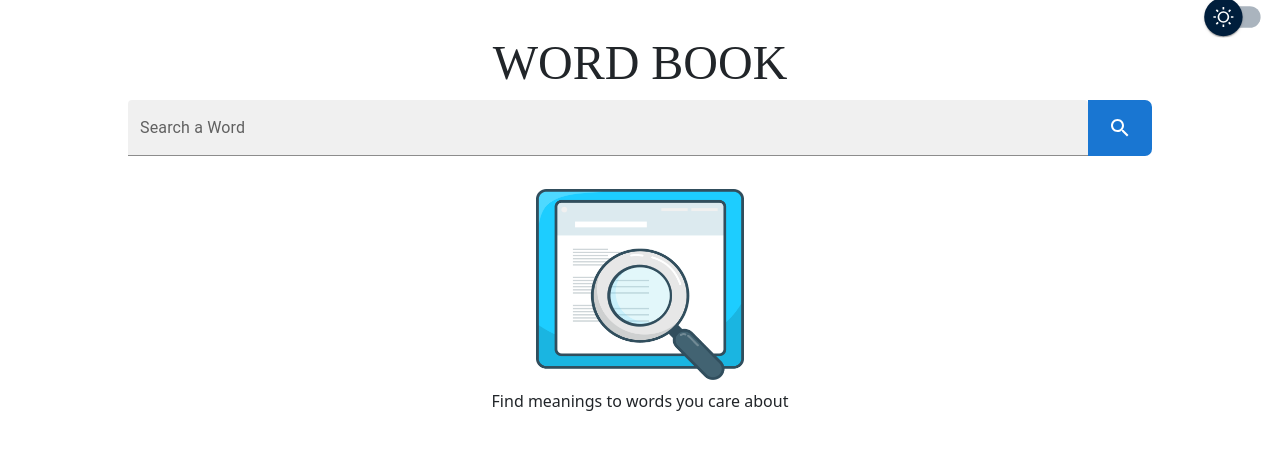
Repository: marveldev/my-dictionary
Page: /
These files come from the project's save history. The page is drawn as it stood at one moment and after the next save; the edit follows.
The browser window is 1280 px wide. The pictures show the whole page.
The project was rebuilt for these pictures with package versions that can differ from the ones it lists, and the page was loaded fresh each time. Also part of the build but not shown: src/components/themeSwitcher/MUISwitch.jsx.

Above is the page before, as saved 2022-05-29 18:15:13.

### public/index.html
<!DOCTYPE html>
<html lang="en">
  <head>
    <meta charset="utf-8" />
    <meta name="viewport" content="width=device-width, initial-scale=1" />
    <meta name="theme-color" content="#000000" />
    <meta name="description" content="Web site created using create-react-app" />
    <link
      href="https://cdn.jsdelivr.net/npm/bootstrap@5.1.3/dist/css/bootstrap.min.css"
      rel="stylesheet"
      integrity="sha384-1BmE4kWBq78iYhFldvKuhfTAU6auU8tT94WrHftjDbrCEXSU1oBoqyl2QvZ6jIW3"
      crossorigin="anonymous"
    />
    <link rel="apple-touch-icon" href="./icon-192x192.png" />
    <link rel="icon" href="./icon-192x192.png" />
    <link rel="manifest" href="./manifest.json" />
    <title>My Dictionary</title>
  </head>
  <body>
    <noscript>You need to enable JavaScript to run this app.</noscript>
    <div id="root"></div>
  </body>
</html>

### src/index.js
import React from 'react'
import ReactDOM from 'react-dom'
import App from './App'
import swDev from './swDev'
import './index.css'

ReactDOM.render(
  <React.StrictMode>
    <App />
  </React.StrictMode>,
  document.getElementById('root'),
)
swDev()

### src/App.js
import { useState } from 'react'
import { createTheme } from '@mui/material'
import { Form, Output, ThemeSwitcher } from './components'

const App = () => {
  const [definitions, setDefinitions] = useState([])
  const [appMode, setAppMode] = useState('online')
  const [isLoading, setIsLoading] = useState(null)

  const storedTheme = localStorage.getItem('theme') || 'light'
  const [theme, setTheme] = useState(storedTheme)

  const themePalette = createTheme({
    palette: {
      mode: theme,
    },
  })

  return (
    <div className={`${theme} app`}>
      <div className="top-column top-0 w-100 pb-4">
        <ThemeSwitcher setTheme={setTheme} theme={theme} themePalette={themePalette} />
        <h1 className="text-center">{definitions?.word || 'WORD BOOK'}</h1>
        <Form
          setDefinitions={setDefinitions}
          themePalette={themePalette}
          setAppMode={setAppMode}
          setIsLoading={setIsLoading}
        />
      </div>

      <Output definitions={definitions} appMode={appMode} isLoading={isLoading} />
    </div>
  )
}

export default App

### src/swDev.js
export default function swDev() {
  let swUrl = `${process.env.PUBLIC_URL}/sw.js`
  navigator.serviceWorker.register(swUrl).then(response => {
    console.warn("response", response)
  })
}

### src/index.css
body {
  margin: 0;
}

.app {
  width: 100%;
  height: 100vh;
  transition: all 0.5s linear 0s;
  overflow: auto;
}

.app::-webkit-scrollbar {
  display: none;
}

.top-column {
  position: fixed;
  background: #fff;
  z-index: 1;
  transition: all 0.5s linear 0s;
}

.theme-switcher {
  text-align: right;
}

h1 {
  font-size: 3em;
  font-family: 'Montserrat light', serif;
}

.form {
  width: 80%;
}

#searchButton {
  border-radius: 0 0.5em 0.5em 0;
  box-shadow: none;
}

.output {
  margin: 11.3em auto 0;
  padding-bottom: 1em;
}

.search-illustration {
  width: 13em;
  height: 13em;
  object-fit: contain;
}

.definition-header {
  padding: 1em 2em;
  font-family: 'Montserrat Medium', serif;
}

.volume-icon {
  transform: scale(1.8);
  color: #000;
}

.definitions-wrapper {
  width: 80%;
  background: #f0f0f0;
}

.definition {
  background: #3b5360;
}

button:active {
  transform: translateY(0.2em);
}

.dark {
  background: #282c34;
  color: #fff;
}

.dark #searchButton {
  background: #1174ff;
  color: #fff;
}

.dark .top-column {
  background: #282c34;
}

.dark .definitions-wrapper {
  background: #3b3f46;
}

.dark .definition {
  background: #355c6c;
}

.dark .volume-icon {
  color: #fff;
}

@media screen and (max-width: 628px) {
  .form {
    width: 95%;
  }

  .output {
    margin-top: 12em;
  }

  .definition-header {
    padding: 0.5em 0;
  }

  .definitions-wrapper {
    width: 95%;
    padding: 0 1em;
  }
}

### src/components/index.js
export { default as Form } from './form/Form'
export { default as Output } from './output/Output'
export { default as ThemeSwitcher } from './themeSwitcher/ThemeSwitcher'

### src/components/form/Form.jsx
import { useState } from 'react'
import debounce from 'lodash.debounce'
import wordList from 'word-list-json'
import { TextField, ThemeProvider, Autocomplete, Button } from '@mui/material'
import SearchIcon from '@mui/icons-material/Search'

const Form = ({ setDefinitions, themePalette, setIsLoading, setAppMode }) => {
  const [filteredWords, setFilteredWords] = useState([])
  const [word, setWord] = useState('')

  const url = `https://api.dictionaryapi.dev/api/v2/entries/en/${word}`

  const doWordFilter = debounce(value => {
    if(value.trim().length >= 1) {
      const wordFilter = wordList?.filter(word => word.startsWith(value.toLowerCase())).slice(0, 30)
      setFilteredWords(wordFilter)
    } else {
      setFilteredWords([])
      setWord('')
      setDefinitions([])
    }
  }, 300)

  const fetchDefinition = async event => {
    event?.preventDefault()
    if (word.trim().length >= 1) {
      setIsLoading(true)

      try {
        const response = await fetch(url)
        const data = await response.json()
        if (data) {
          setIsLoading(null)
          setDefinitions(data[0])
          setAppMode('online')
        }
      } catch (error) {
        setAppMode('offline')
        setDefinitions([])
      }
    }
  }

  return (
    <ThemeProvider theme={themePalette}>
      <>
        <Autocomplete
          freeSolo
          disableClearable
          options={filteredWords.map(word => word)}
          onChange={(event, value) =>
            setWord(value)
          }
          renderInput={params =>
            <form
              className="form d-flex m-auto"
              onSubmit={event => fetchDefinition(event)}
            >
              <TextField
                {...params}
                variant="filled"
                label="Search a Word"
                onChange={event => doWordFilter(event.target.value)}
              />
              <Button type="submit" variant="contained" id="searchButton">
                <SearchIcon />
              </Button>
            </form>
          }
        />
      </>
    </ThemeProvider>
  )
}

export default Form

### src/components/output/Output.jsx
import { IconButton } from '@mui/material'
import VolumeUpIcon from '@mui/icons-material/VolumeUp'
import { searchIllustration, loader } from '../assets'

const Output = ({ definitions, isLoading, appMode }) => {
  const playWord = (url) => {
    const audio = new Audio(url)
    audio?.play()
  }

  return (
    <div className="output">
      {isLoading && appMode === 'online' && (
        <div className="text-center">
          <img src={loader} alt="loading" />
        </div>
      )}

      {!isLoading && (
        <>
          {!definitions && (
            <div className="text-center fs-4 px-4">
              😞 we couldn't find definitions for the word you are looking for.
            </div>
          )}

          {definitions?.length <= 0 && (
            <div className="text-center">
              <img src={searchIllustration} className="search-illustration" alt="search illustration" />
              <p>Find meanings to words you care about</p>
            </div>
          )}

          {definitions?.meanings && (
            <div className="definitions-wrapper m-auto pb-4 rounded">
              <div className="definition-header d-flex align-items-center gap-3">
                {definitions.phonetics[0]?.audio && (
                  <IconButton onClick={() => playWord(definitions.phonetics[0]?.audio)}>
                    <VolumeUpIcon className="volume-icon" />
                  </IconButton>
                )}
                <div>
                  <p className="m-0 fs-5">{definitions?.word}</p>
                  {definitions?.phonetic && <p className="m-0">{definitions?.phonetic}</p>}
                </div>
              </div>
              <ul className="mx-lg-5 ps-0">
                {definitions?.meanings.map((meaning, index) => (
                  <li key={index}>
                    <p>"partOfSpeech": {meaning.partOfSpeech}</p>
                    {meaning.definitions?.map((data, index) => (
                      <div key={index} className="definition text-white rounded p-2 mb-3">
                        <p className="fw-bold">{data.definition}</p>
                        <p>
                          <span className="me-2 fw-bold">Example:</span>
                          {data.example}
                        </p>
                        <p className="mb-0">
                          <span className="me-2 fw-bold">Synonyms:</span>
                          {data.synonyms.join(', ')}
                        </p>
                      </div>
                    ))}
                  </li>
                ))}
              </ul>
            </div>
          )}
        </>
      )}

      {appMode === 'offline' && (
        <div className="text-center fs-4">😞 you are in offline mode or some issue with connection.</div>
      )}
    </div>
  )
}

export default Output

### src/components/themeSwitcher/ThemeSwitcher.jsx
import { FormControlLabel } from '@mui/material'
import { MaterialUISwitch } from './MUISwitch'

const ThemeSwitcher = ({ theme, setTheme, themePalette }) => {
  const switchTheme = () => {
    const currentTheme = theme === 'dark' ? 'light' : 'dark'
    setTheme(currentTheme)
    localStorage.setItem('theme', currentTheme)
  }

  return (
    <div className="theme-switcher">
      <FormControlLabel
        label=""
        control={
          <MaterialUISwitch
            theme={themePalette}
            onChange={switchTheme}
            checked={theme === 'dark' && true}
            aria-label="switch theme"
          />
        }
      />
    </div>
  )
}

export default ThemeSwitcher

### src/components/assets/index.js
export { default as searchIllustration } from './searchIllustration.png'
export { default as loader } from './loader.svg'

After the next save:
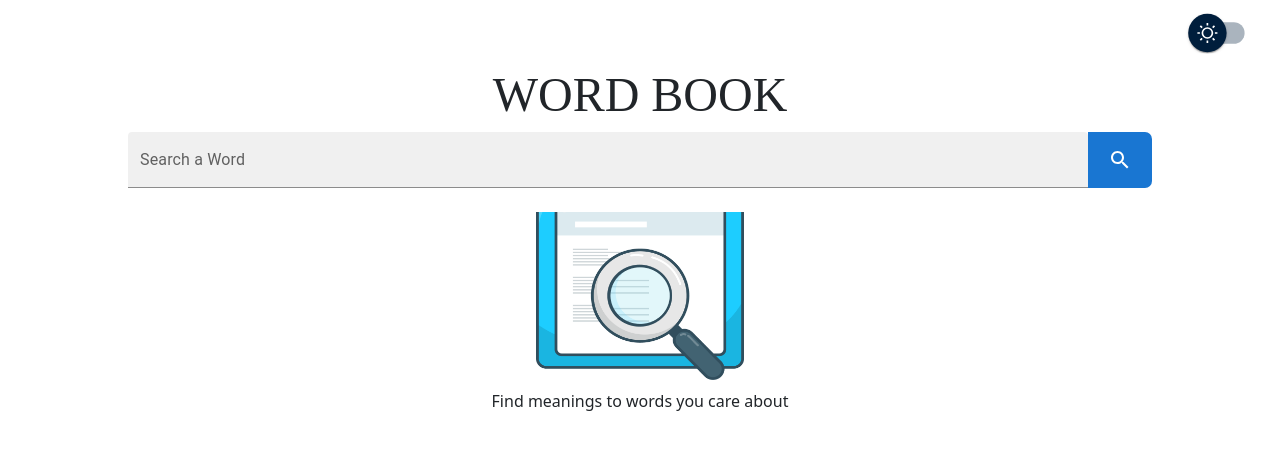
Saved 17 s later.
--- a/src/index.css
+++ b/src/index.css
@@ -22,6 +22,7 @@ body {
 
 .theme-switcher {
   text-align: right;
+  margin: 1em 1em;
 }
 
 h1 {
